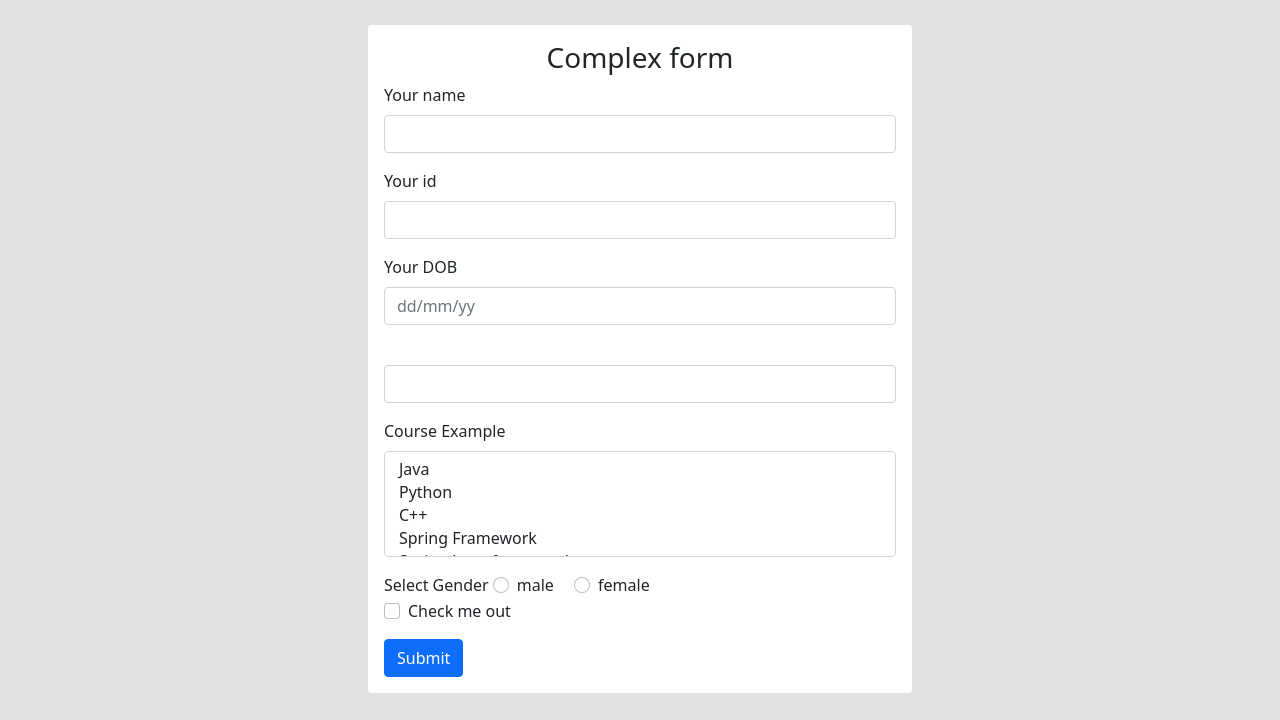
Repository: himanshurai26/Spring-Framewrok-code-
Page: http://localhost/SpringMvcSearch/WEB-INF/views/complex-form.jsp
These files come from the project's save history. The page is drawn as it stood at one moment and after the next save; the edit follows.
The browser window is 1280 px wide. The pictures show the whole page.
The page is served by Tomcat 9. Nobody is signed in. Other server files are loaded and not shown. The template is opened directly, without the code that normally fills it, so the values that code supplies are empty.

Above is the page before, as saved 2023-07-28 16:47:29.

### SpringMVC/SpringMvcSearch/src/main/webapp/WEB-INF/views/complex-form.jsp
<!doctype html>
<html lang="en">
  <head>
    <!-- Required meta tags -->
    <meta charset="utf-8">
    <meta name="viewport" content="width=device-width, initial-scale=1">

    <!-- Bootstrap CSS -->
    <link href="https://cdn.jsdelivr.net/npm/bootstrap@5.0.2/dist/css/bootstrap.min.css" rel="stylesheet" integrity="sha384-EVSTQN3/azprG1Anm3QDgpJLIm9Nao0Yz1ztcQTwFspd3yD65VohhpuuCOmLASjC" crossorigin="anonymous">

    <title>Complex form</title>
  </head>
  <body class="" style="background: #e2e2e2;">

   <div class="container mt-4">

   <div class="row">
   <div class="col-md-6 offset-md-3">
   <div class="card">
   <div class="card-body">
   <h3 class="text-center">Complex form</h3>
   <form >
   <div class="form-group">
   <form>
  <div class="mb-3">
    <label for="exampleInputEmail1" class="form-label">Your name</label>
    <input type="email" class="form-control" id="exampleInputEmail1" name="name" aria-describedby="emailHelp">
    </div>

  <div class="mb-3">
    <label for="exampleInputId" class="form-label">Your id</label>
    <input type="password" class="form-control" id="exampleInputPassword1" name="id">
  </div>

  <div class="mb-3">
    <label for="exampleInputEmail1" class="form-label">Your DOB</label>
    <input type="email" class="form-control" id="exampleInputEmail1" name="dob"  placeholder="dd/mm/yy" aria-describedby="emailHelp">
    </div>

    <div class="mb-3">
    <label for="exampleInputEmail1" class="form-label"></label>
    <input type="email" class="form-control" id="exampleInputEmail1" name="name" aria-describedby="emailHelp">
    </div>

    <div class="mb-3">
    <label for="formcontrolselect1" class="form-label">Course Example</label>
    <select
    class="form-control" id="exampleInputEmail1" name="subjects"  multiple>
 <option>Java</option>
 <option>Python</option>
 <option>C++</option>
 <option>Spring Framework</option>
 <option>Spring boot framework</option>
 <option>Jsp</option>
 </select>
    </div>

    <div class="form-group">
    <span class="mr-3">Select Gender</span>
    <div class="form-check form-check-inline">
    <input class="form-check-input"  type="radio" name="gender"
    id="inlineRadio1" value="male"><label
    class="form-check-Label" for="inlineRadio1">male
    </label>
    </div>
    <div class="form-check form-check-inline">
    <input class="form-check-input"  type="radio" name="gender"
    id="inlineRadio2" value="male"><label
    class="form-check-Label" for="inlineRadio2">female
    </label>
    </div>

    </div>

  <div class="mb-3 form-check">
    <input type="checkbox" class="form-check-input" id="exampleCheck1">
    <label class="form-check-label" for="exampleCheck1">Check me out</label>
  </div>
  <button type="submit" class="btn btn-primary">Submit</button>
</form>

   </div>

   </form>
   </div>

   </div>
   </div>
   </div>
   </div>















    <script src="https://cdn.jsdelivr.net/npm/bootstrap@5.0.2/dist/js/bootstrap.bundle.min.js" integrity="sha384-MrcW6ZMFYlzcLA8Nl+NtUVF0sA7MsXsP1UyJoMp4YLEuNSfAP+JcXn/tWtIaxVXM" crossorigin="anonymous"></script>

  </body>
</html>

After the next save:
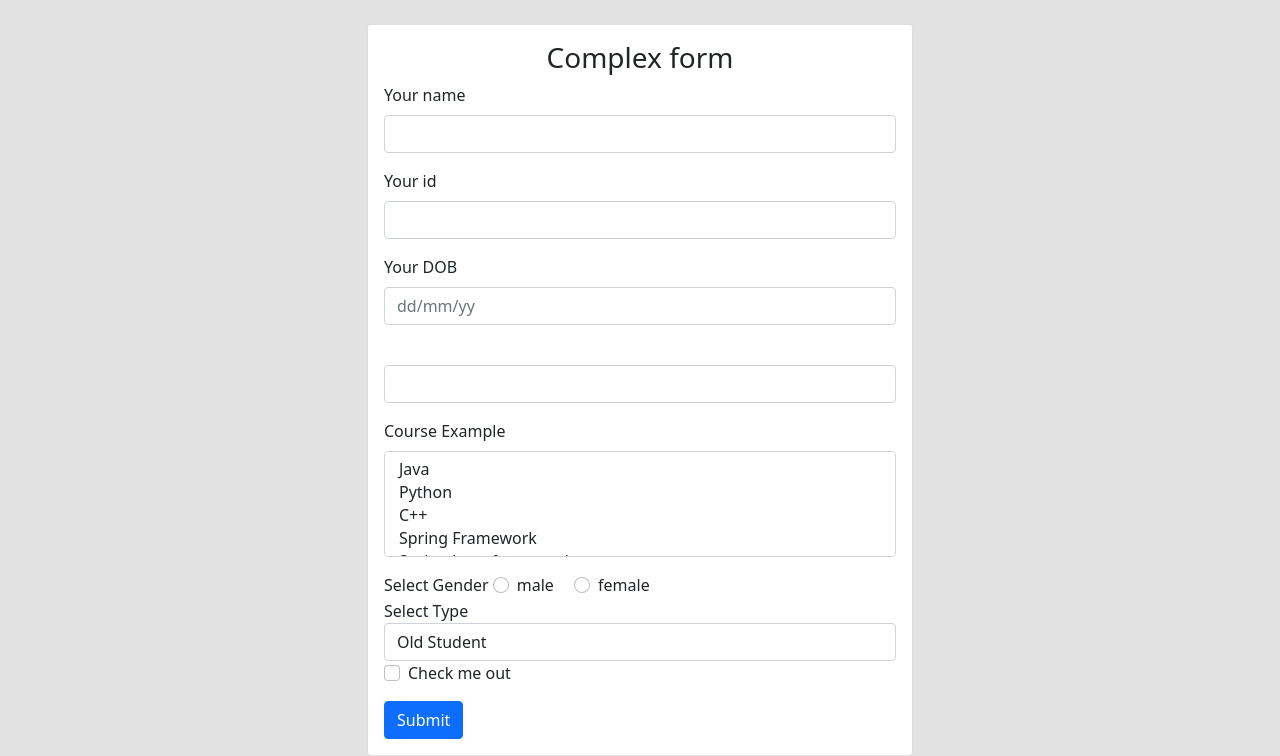
Saved 2 min 51 s later.
--- a/SpringMVC/SpringMvcSearch/src/main/webapp/WEB-INF/views/complex-form.jsp
+++ b/SpringMVC/SpringMvcSearch/src/main/webapp/WEB-INF/views/complex-form.jsp
@@ -72,6 +72,14 @@
 
     </div>
 
+    <div class="form-group">
+    <label for="">Select Type</label><select class="form-control"
+    name="type">
+    <option value="oldstudent">Old Student</option>
+    <option value="normalstudent">Normal Student</option>
+    </select>
+    </div>
+
   <div class="mb-3 form-check">
     <input type="checkbox" class="form-check-input" id="exampleCheck1">
     <label class="form-check-label" for="exampleCheck1">Check me out</label>
